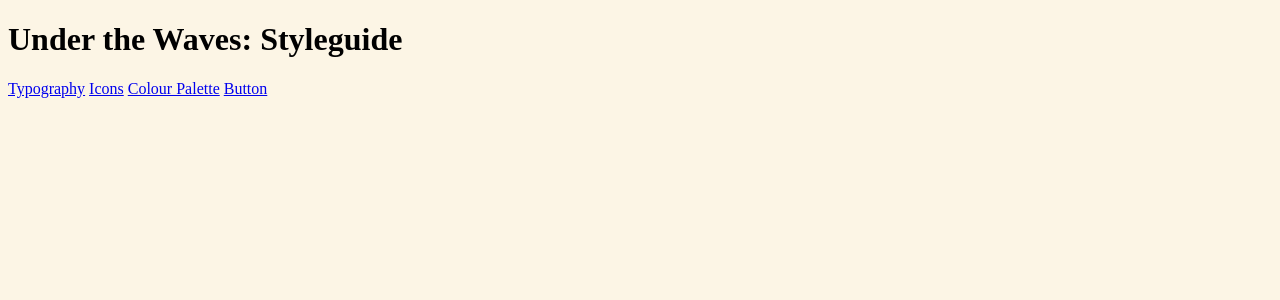
Repository: TeoEstrada9/styleguide
Page: index.html
An editor plug-in stored every save of this project. The page is shown before and after the next save, followed by the edit.
The browser window is 1280 px wide. The pictures show the whole page.

Above is the page before, as saved 2023-03-02 10:23:12.

### index.html
<!DOCTYPE html>
<html lang="en">
  <head>
    <meta charset="UTF-8" />
    <meta http-equiv="X-UA-Compatible" content="IE=edge" />
    <meta name="viewport" content="width=device-width, initial-scale=1.0" />
    <title>Under the Waves</title>
    <!-- Favicon  -->
    <link rel="shortcut icon" href="images/whale.png" />
    <link rel="stylesheet" href="style.css" />
  </head>
  <body>
    <h1>Under the Waves: Styleguide</h1>
    <h2></h2>
    <div class="nav-bar">
      <a href="./pages/typography.html">Typography</a>
      <a href="./pages/buttons/icons.html">Icons</a>
      <a href="./pages/colorPalette.html">Colour Palette</a>
      <a href="./pages/buttons/icons.html">Button</a>
    </div>
  </body>
</html>

### style.css
body{
    background-color: #FCF5E5;
}

html{

}

After the next save:
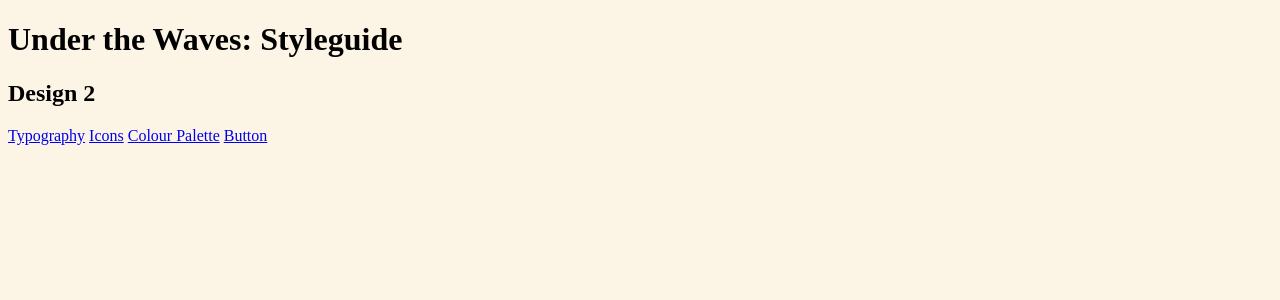
Saved 5 s later.
--- a/index.html
+++ b/index.html
@@ -11,7 +11,7 @@
   </head>
   <body>
     <h1>Under the Waves: Styleguide</h1>
-    <h2></h2>
+    <h2>Design 2</h2>
     <div class="nav-bar">
       <a href="./pages/typography.html">Typography</a>
       <a href="./pages/buttons/icons.html">Icons</a>
